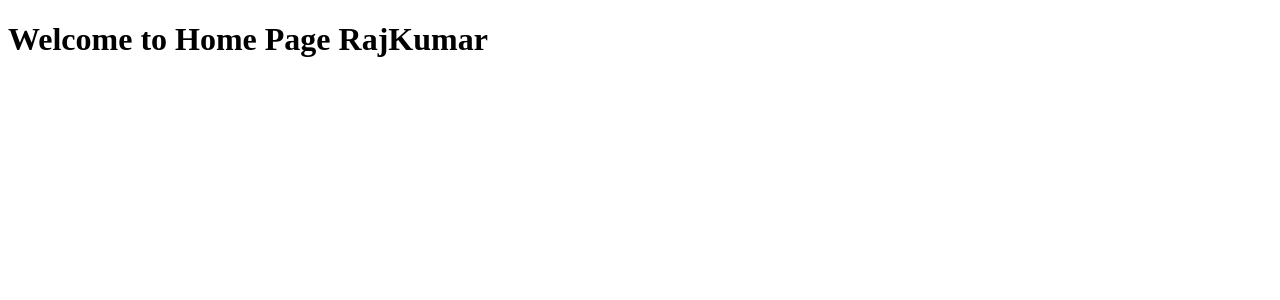
Repository: Amit1420/Advance-Java
Page: ServletIntro/src/main/webapp/studentHome.html
An editor plug-in stored every save of this project. The page is shown before and after the next save, followed by the edit.
The browser window is 1280 px wide. The pictures show the whole page.

Above is the page before, as saved 2023-05-09 08:20:10.

### ServletIntro/src/main/webapp/studentHome.html
<!DOCTYPE html>
<html>
<head>
<meta charset="ISO-8859-1">
<title>Insert title here</title>
</head>
<body>
<h1>Welcome to Home Page RajKumar</h1>
<a href="saveStudent.html"></a>
</body>
</html>

After the next save:
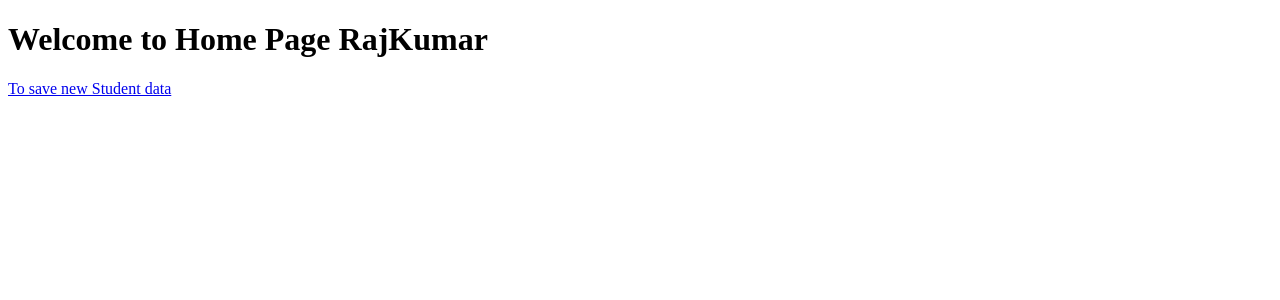
Saved 33 s later.
--- a/ServletIntro/src/main/webapp/studentHome.html
+++ b/ServletIntro/src/main/webapp/studentHome.html
@@ -6,6 +6,6 @@
 </head>
 <body>
 <h1>Welcome to Home Page RajKumar</h1>
-<a href="saveStudent.html"></a>
+<a href="saveStudent.html"> To save new Student data</a><br><br>
 </body>
 </html>
